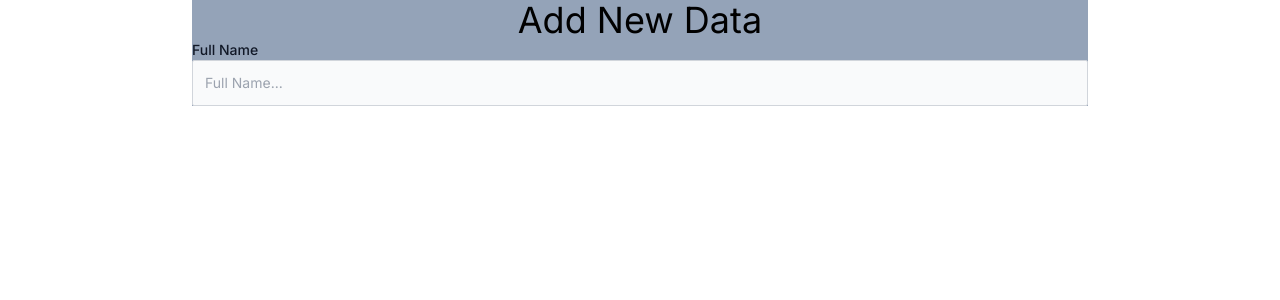
Repository: KilluaProject/crud-nextjs14
Page: /contacts/create
The author's editor kept a copy of each file at every save. The page is drawn from the files as they stood at one save, then again after the next save.
The browser window is 1280 px wide. The pictures show the whole page.
The project was rebuilt for these pictures with package versions that can differ from the ones it lists, and the page was loaded fresh each time. The framework's server and built-in components were replaced by stand-ins that run in the browser. Also part of the build but not shown: next.config.mjs.

Above is the page before, as saved 2024-06-30 14:09:56.

### app/layout.tsx
import type { Metadata } from "next";
import { Inter } from "next/font/google";
import "./globals.css";

const inter = Inter({ subsets: ["latin"] });

export const metadata: Metadata = {
  title: "CRUD Apps",
  description: "Generated by create next app",
};

export default function RootLayout({
  children,
}: Readonly<{
  children: React.ReactNode;
}>) {
  return (
    <html lang="en">
      <body className={inter.className}>{children}</body>
    </html>
  );
}

### app/contacts/create/page.tsx
import CreateForm from '@/components/CreateForm'
import React from 'react'

const CreateContact = () => {
  return (
    <div className='max-w-4xl m-auto items-center justify-center bg-slate-400 '>
      <h1 className='text-4xl text-center'>
        Add New Data
      </h1>
        <CreateForm/>
    </div>
  )
}

export default CreateContact

### components/CreateForm.tsx
import React from 'react'

const CreateForm = () => {
  return (
    <div>
      <form action="">
        <div>
          <label htmlFor="name" className='block text-sm font-medium text-gray-900'>Full Name</label>
          <input type="text" name='name' id='name' placeholder='Full Name...' className='bg-gray-50 border border-gray-300 text-gray-900 text-sm rounded-sm focus:ring-blue-500 focus:border-blue-500 block w-full p-3' />
        </div>
      </form>
    </div>
  )
}

export default CreateForm

Loaded but not shown: app/globals.css (common file); tailwind.config.ts (common file)

After the next save:
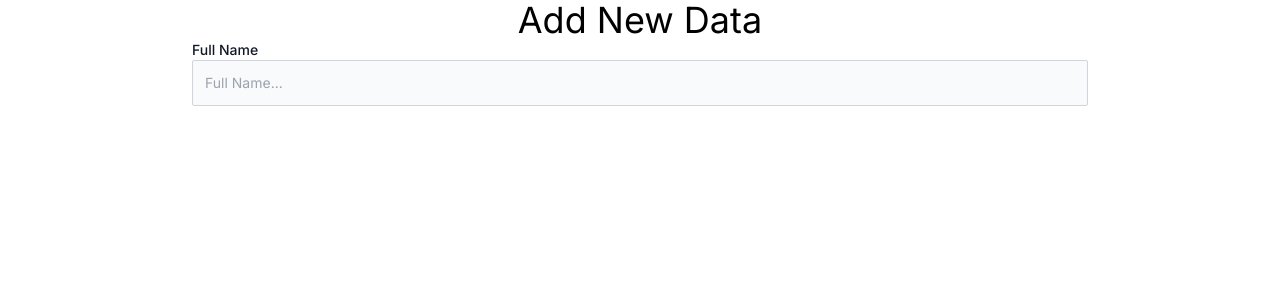
Saved 10 s later.
--- a/app/contacts/create/page.tsx
+++ b/app/contacts/create/page.tsx
@@ -3,7 +3,7 @@ import React from 'react'
 
 const CreateContact = () => {
   return (
-    <div className='max-w-4xl m-auto items-center justify-center bg-slate-400 '>
+    <div className='max-w-4xl m-auto '>
       <h1 className='text-4xl text-center'>
         Add New Data
       </h1>
